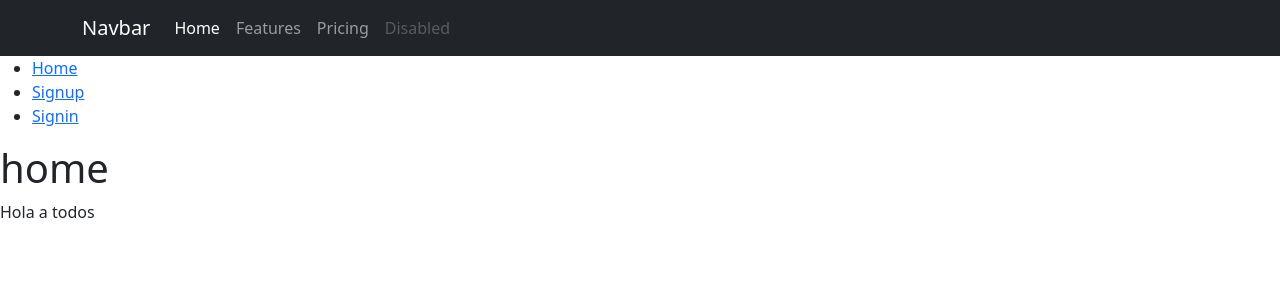
Repository: dbettancourt/django-auth-crud
Page: http://localhost/
An editor plug-in stored every save of this project. The page is shown before and after the next save, followed by the edit.
The browser window is 1280 px wide. The pictures show the whole page.
The page is served by the project's application, run on Django 4.2 (manage.py).

Above is the page before, as saved 2023-06-06 10:13:38.

After the next save:
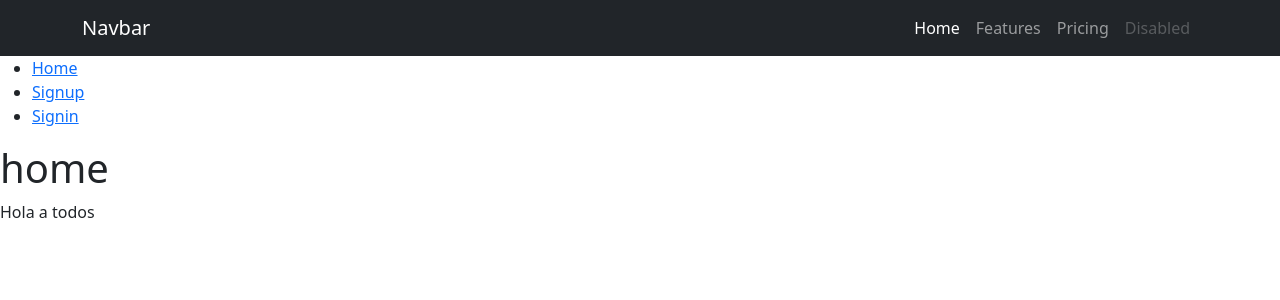
Saved 50 s later.
--- a/tasks/templates/base.html
+++ b/tasks/templates/base.html
@@ -26,7 +26,7 @@
                 <span class="navbar-toggler-icon"></span>
               </button>
               <div class="collapse navbar-collapse" id="navbarNav">
-                <ul class="navbar-nav">
+                <ul class="navbar-nav ms-auto">
                   <li class="nav-item">
                     <a class="nav-link active" aria-current="page" href="#">Home</a>
                   </li>
